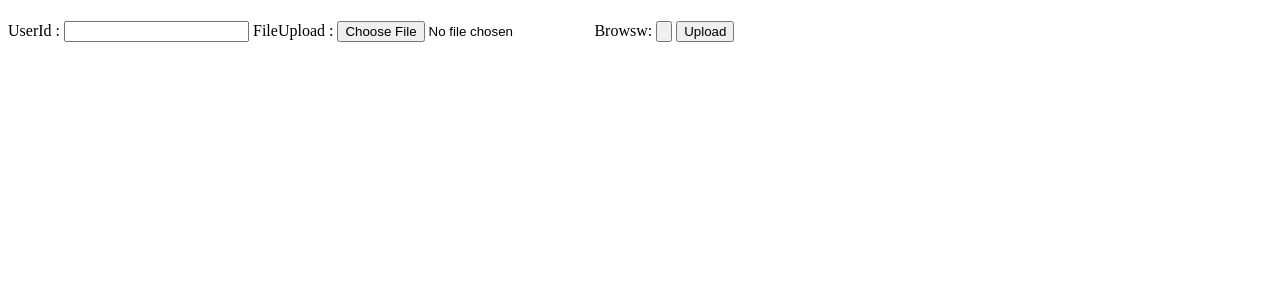
Repository: aygodbole/Coding-Assessment
Page: http://localhost/DocMgmt/resources/views/index.jsp
The author's editor kept a copy of each file at every save. The page is drawn from the files as they stood at one save, then again after the next save.
The browser window is 1280 px wide. The pictures show the whole page.
The page is served by Tomcat 9.

Above is the page before, as saved 2017-12-20 04:30:20.

After the next save:
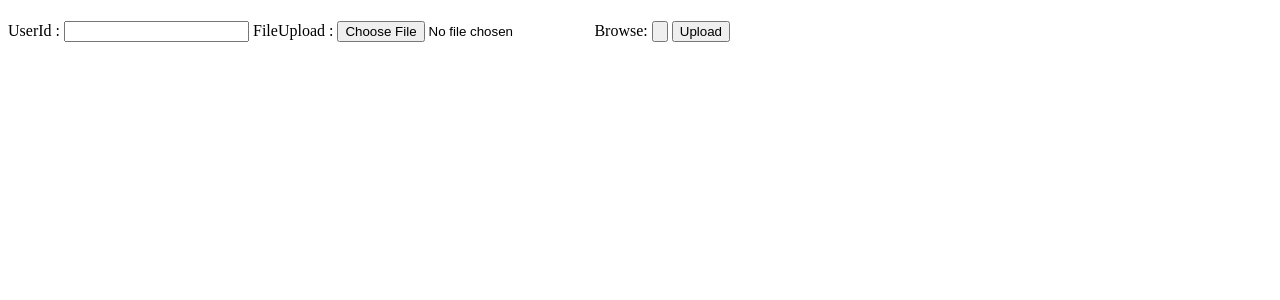
Saved 25 s later.
--- a/DocMgmt/src/main/webapp/resources/views/index.jsp
+++ b/DocMgmt/src/main/webapp/resources/views/index.jsp
@@ -12,7 +12,7 @@
 
 UserId : <input type="text" data-ng-model="fileAttUpload">
 FileUpload : <input type="file" onchange="angular.element(this).scope.onFileSelect(this);">
-Browsw: <input type="button" data-ng-click="clickUpload();">
+Browse: <input type="button" data-ng-click="clickUpload();">
 
 
 <input type="button" value="Upload" ng-click="saveAttachments()" ng-disabled="disableContinue">
